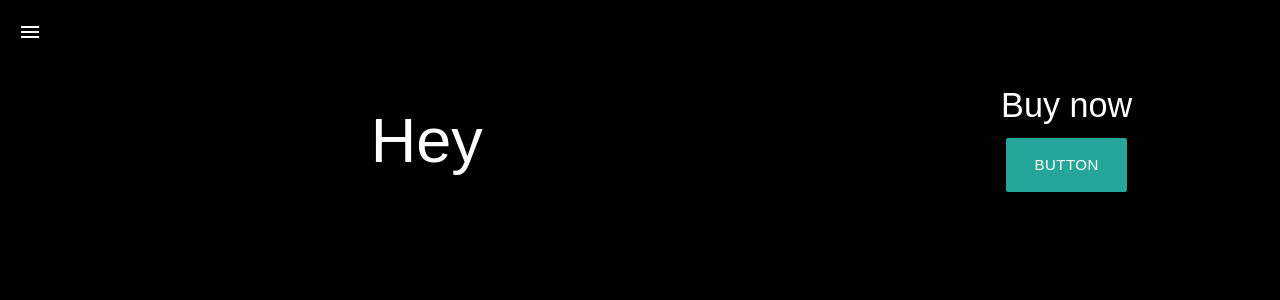
Repository: Ajtheult/final-project
Page: /cart
The author's editor kept a copy of each file at every save. The page is drawn from the files as they stood at one save, then again after the next save.
The browser window is 1280 px wide. The pictures show the whole page.
Some web fonts or font styles are not loaded; a fallback is used. Some web libraries are served in a nearby version. The project was rebuilt for these pictures with package versions that can differ from the ones it lists, and the page was loaded fresh each time. Also part of the build but not shown: src/layout/pages/LandingPage.js, src/layout/pages/About.js, src/layout/pages/catalogue/Keys.js, src/layout/pages/catalogue/String.js, src/layout/pages/catalogue/Woodwind.js, src/layout/pages/catalogue/Percussion.js, src/layout/pages/login/Login.js, src/layout/pages/login/NewSignUp.js.

Above is the page before, as saved 2020-07-23 10:32:00.

After the next save:
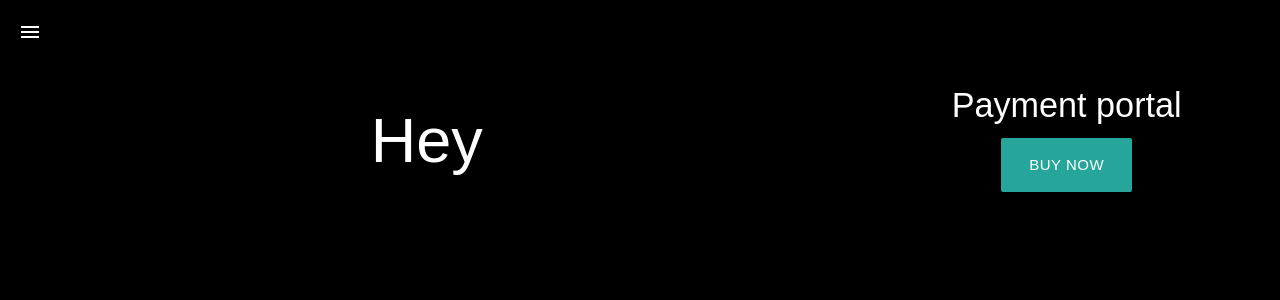
Saved 37 s later.
--- a/src/layout/pages/Cart.js
+++ b/src/layout/pages/Cart.js
@@ -10,9 +10,9 @@ const Cart = () => {
         </div>
 
         <div class="col s4">
-          <h4>Buy now</h4>
+          <h4>Payment portal</h4>
           <a class="waves-effect waves-light btn-large" href="#h">
-            Button
+            Buy now
           </a>
         </div>
       </div>
